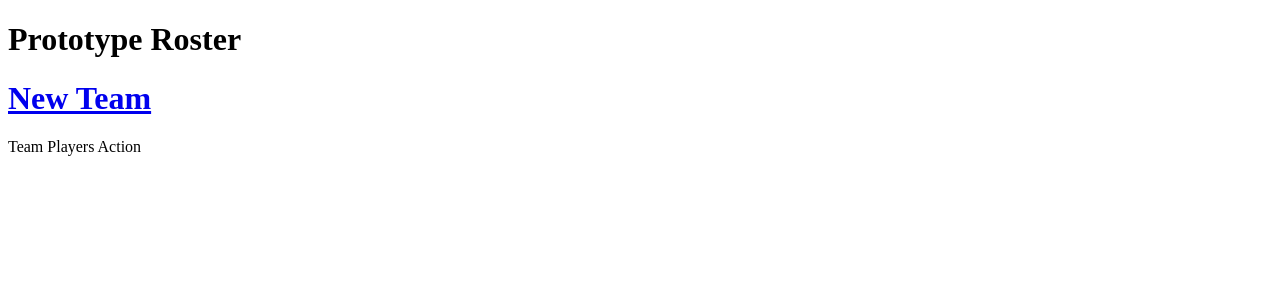
Repository: ohis/JAVAOnTheWeb
Page: http://localhost/TeamRoster/Team
An editor plug-in stored every save of this project. The page is shown before and after the next save, followed by the edit.
The browser window is 1280 px wide. The pictures show the whole page.
The page is served by Tomcat 9. Other server files are loaded and not shown.

Above is the page before, as saved 2017-12-04 02:53:51.

### servlets/TeamRoster/WebContent/WEB-INF/views/NewTeam.jsp
<%@ page language="java" contentType="text/html; charset=ISO-8859-1"
    pageEncoding="ISO-8859-1"%>
<!DOCTYPE html PUBLIC "-//W3C//DTD HTML 4.01 Transitional//EN" "http://www.w3.org/TR/html4/loose.dtd">
<html>
<head>
<meta http-equiv="Content-Type" content="text/html; charset=ISO-8859-1">
<title>Create new Team</title>
</head>
<body>
  <h1>Prototype Roster</h1>  <h1><a href="#">New Team</a></h1>

  <table>
    <tr>Team </tr>
    <tr>Players </tr>
    <tr>Action </tr>
  </table>

</body>
</html>

### servlets/TeamRoster/src/com/codingdojo/web/controller/team/Team.java
package com.codingdojo.web.controller.team;

import java.io.IOException;

import javax.servlet.RequestDispatcher;
import javax.servlet.ServletException;
import javax.servlet.annotation.WebServlet;
import javax.servlet.http.HttpServlet;
import javax.servlet.http.HttpServletRequest;
import javax.servlet.http.HttpServletResponse;
import javax.servlet.http.HttpSession;

import com.codingdojo.model.team;
/**
 * Servlet implementation class Team
 */
@WebServlet("/Team")
public class Team extends HttpServlet {
	private static final long serialVersionUID = 1L;

    /**
     * @see HttpServlet#HttpServlet()
     */
    public Team() {
        super();
        // TODO Auto-generated constructor stub
    }

	/**
	 * @see HttpServlet#doGet(HttpServletRequest request, HttpServletResponse response)
	 */
	protected void doGet(HttpServletRequest request, HttpServletResponse response) throws ServletException, IOException {
		// TODO Auto-generated method stub
		RequestDispatcher view = request.getRequestDispatcher("/WEB-INF/views/NewTeam.jsp");
		view.forward(request, response);
	}

	/**
	 * @see HttpServlet#doPost(HttpServletRequest request, HttpServletResponse response)
	 */
	protected void doPost(HttpServletRequest request, HttpServletResponse response) throws ServletException, IOException {
		// TODO Auto-generated method stub
		HttpSession session = request.getSession();
		String name = request.getParameter("name");
		team t = new team(name);
		String teamName = t.getTeamName();
		session.setAttribute("name", teamName);
		response.sendRedirect("/TeamRoster/Team");
		//doGet(request, response);
	}

}

After the next save:
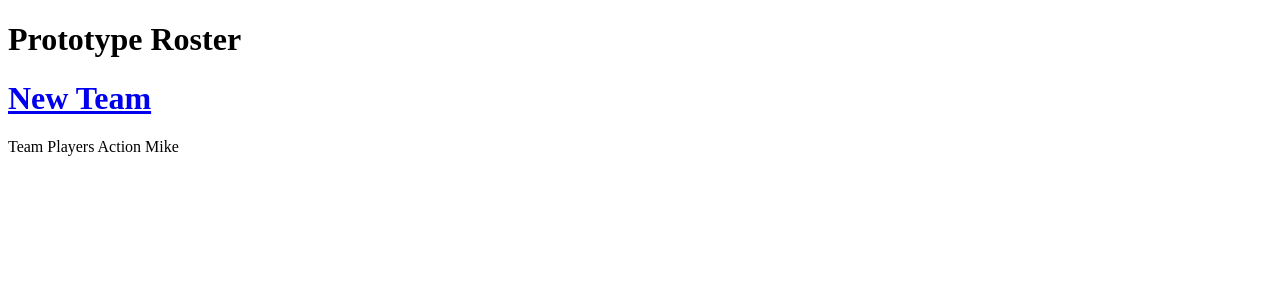
Saved 40 s later.
--- a/servlets/TeamRoster/WebContent/WEB-INF/views/NewTeam.jsp
+++ b/servlets/TeamRoster/WebContent/WEB-INF/views/NewTeam.jsp
@@ -13,6 +13,9 @@
     <tr>Team </tr>
     <tr>Players </tr>
     <tr>Action </tr>
+    <tbody>
+      Mike
+    </tbody>
   </table>
 
 </body>
